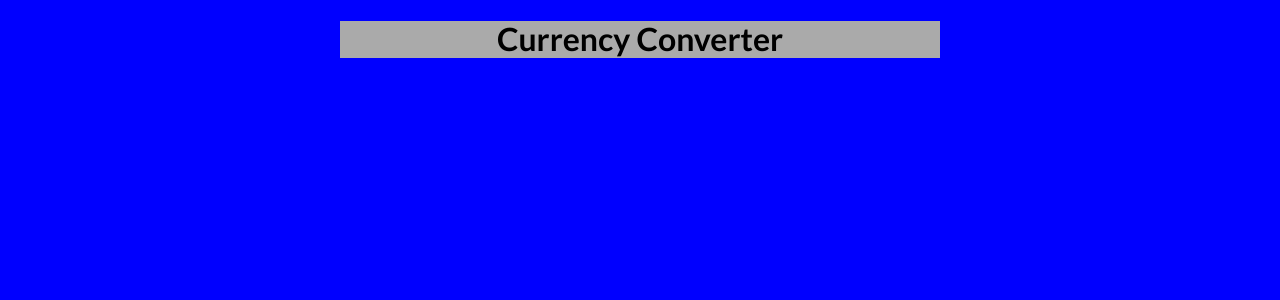
Repository: kkasperczyk/currency-converter
Page: index.html
The author's editor kept a copy of each file at every save. The page is drawn from the files as they stood at one save, then again after the next save.
The browser window is 1280 px wide. The pictures show the whole page.

Above is the page before, as saved 2020-06-15 21:55:08.

After the next save:
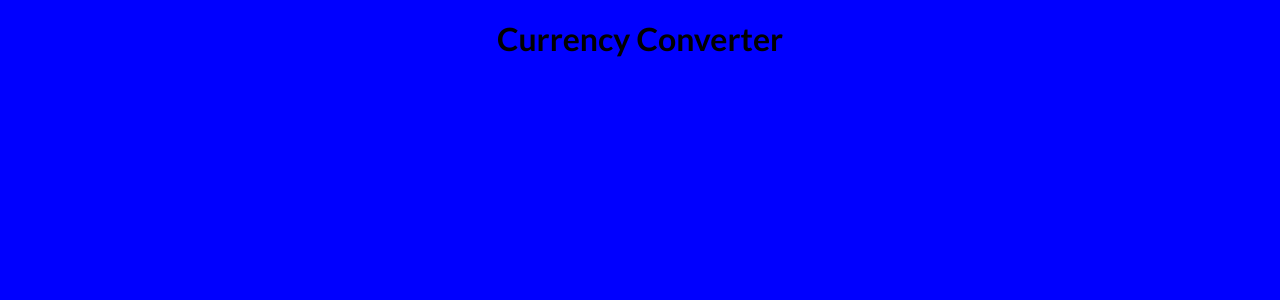
Saved 11 s later.
--- a/css/container.css
+++ b/css/container.css
@@ -1,5 +1,5 @@
 .container {
     max-width: 600px;
     margin: 0 auto;
-    background-color: #aaa;
+    background-color: #white;
 }
